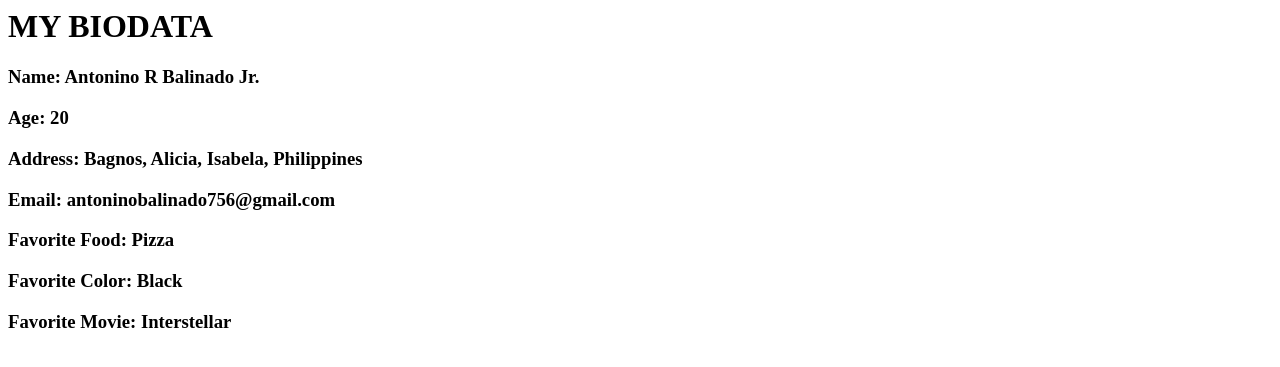
Repository: nino-pixel/github-uploading
Page: biodata.html
These files come from the project's save history. The page is drawn as it stood at one moment and after the next save; the edit follows.
The browser window is 1280 px wide. The pictures show the whole page.

Above is the page before, as saved 2025-02-05 15:27:25.

After the next save:
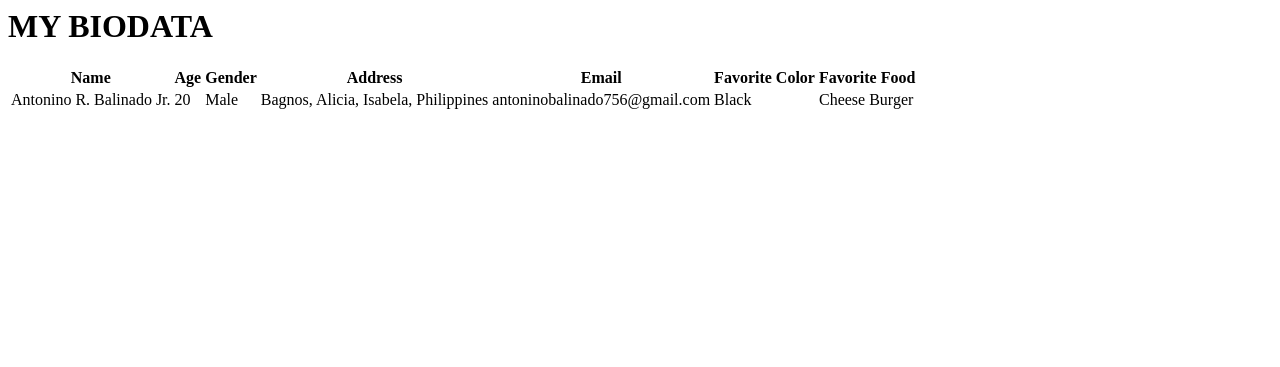
Saved 3 min 2 s later.
--- a/biodata.html
+++ b/biodata.html
@@ -7,14 +7,27 @@
 <body>
     <h1>MY BIODATA</h1>
     <div class="biodata">
+    <table>
+        <tr>
+            <th>Name</th>
+            <th>Age</th>
+            <th>Gender</th>
+            <th>Address</th>
+            <th>Email</th>
+            <th>Favorite Color</th>
+            <th>Favorite Food</th>
+        </tr>
+        <tr>
+            <td>Antonino R. Balinado Jr.</td>
+            <td>20</td>
+            <td>Male</td>
+            <td>Bagnos, Alicia, Isabela, Philippines</td>
+            <td>antoninobalinado756@gmail.com</td>
+            <td>Black</td>
+            <td>Cheese Burger</td>
+        </tr>
+    </table>
 
-    <h3>Name: Antonino R Balinado Jr.</h3>
-    <h3>Age: 20</h3>
-    <h3>Address: Bagnos, Alicia, Isabela, Philippines</h3>
-    <h3>Email: antoninobalinado756@gmail.com</h3>
-    <h3>Favorite Food: Pizza</h3>
-    <h3>Favorite Color: Black</h3>
-    <h3>Favorite Movie: Interstellar</h3>
 </div>
 </body>
 
